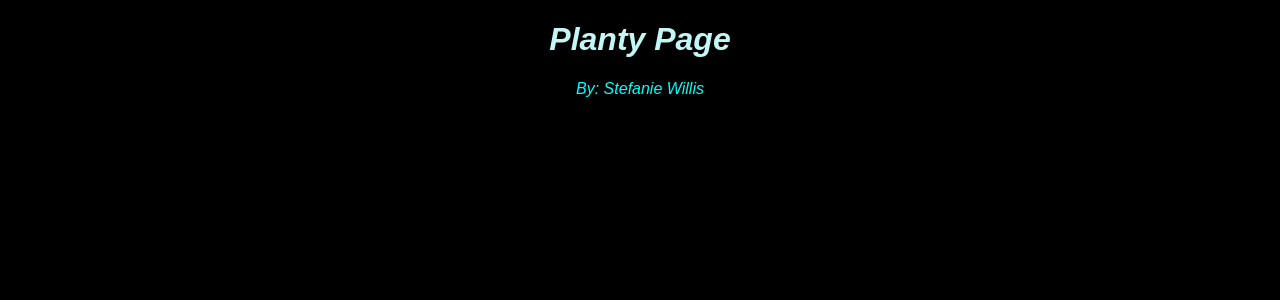
Repository: swillis91/odin-recipies
Page: Planty Page/index.html
These files come from the project's save history. The page is drawn as it stood at one moment and after the next save; the edit follows.
The browser window is 1280 px wide. The pictures show the whole page.

Above is the page before, as saved 2023-08-09 23:31:03.

After the next save:
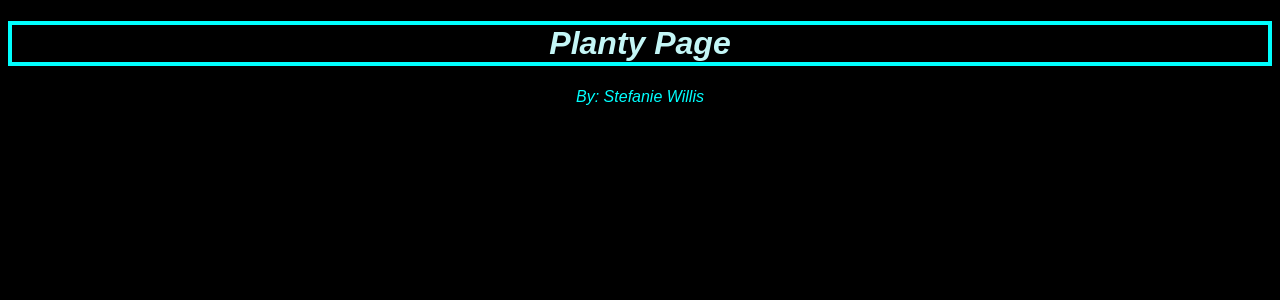
Saved 40 s later.
--- a/Planty Page/style.css
+++ b/Planty Page/style.css
@@ -8,4 +8,6 @@ body{
 
 .heading{
     color: rgba(202, 253, 253, 0.974);
+    border: 4px solid aqua;
+
 }
